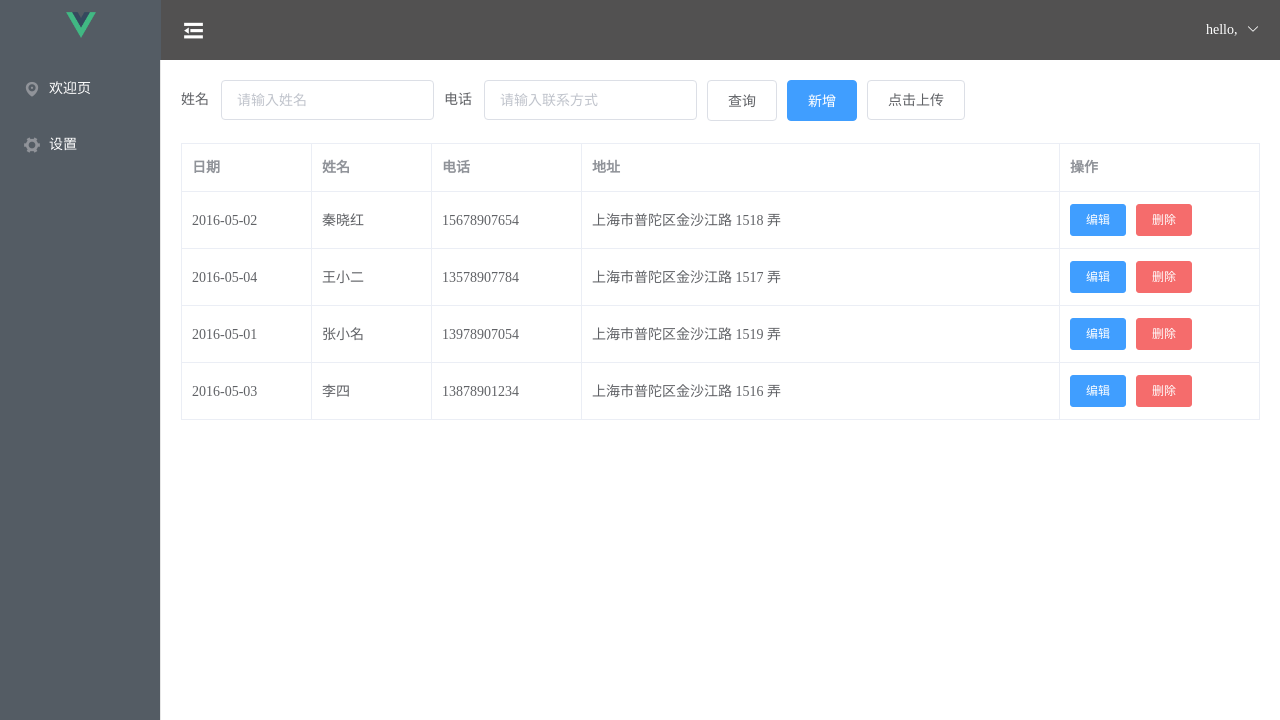
Repository: qianxuebing/admin
Page: /Layout/Table
An editor plug-in stored every save of this project. The page is shown before and after the next save, followed by the edit.
The browser window is 1280 px wide. The pictures show the whole page.
The project was rebuilt for these pictures with package versions that can differ from the ones it lists, and the page was loaded fresh each time. Also part of the build but not shown: src/views/login/Login.vue. Imported but missing from the stored project, and not drawn on this page: src/views/home/Home.

Above is the page before, as saved 2020-01-08 10:28:19.

After the next save:
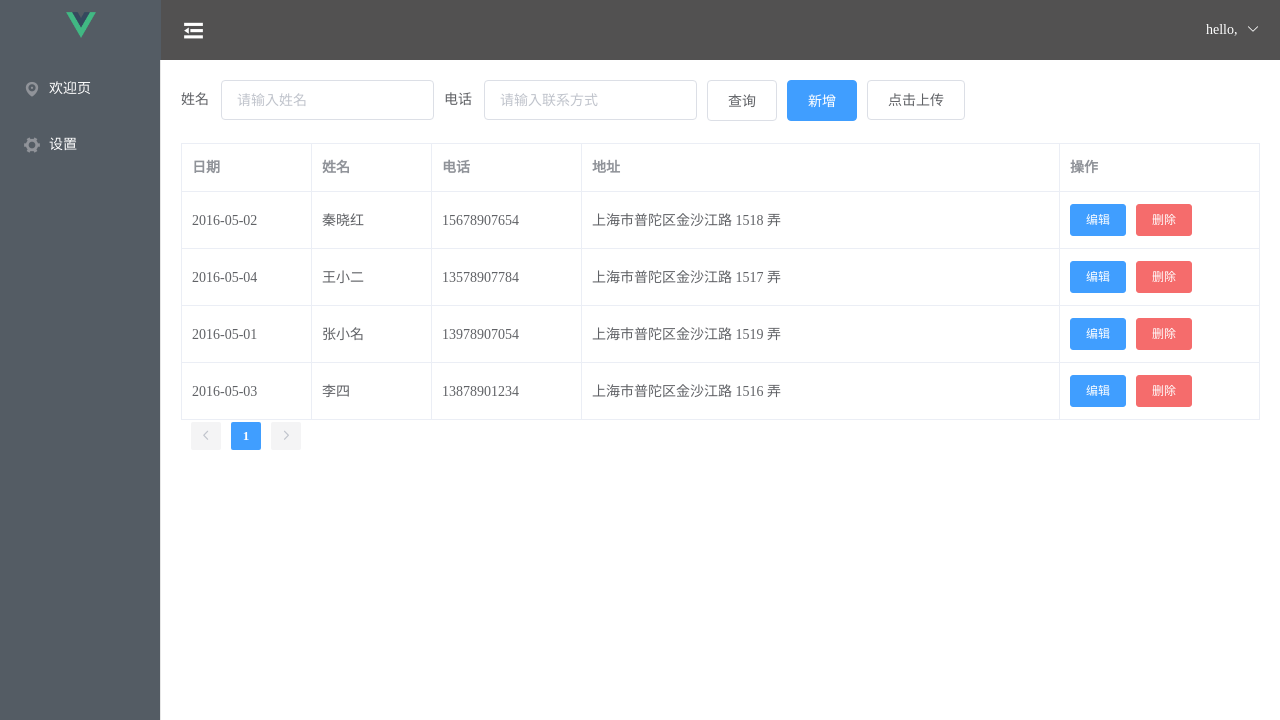
Saved 4 days later.
--- a/src/views/table/Table.vue
+++ b/src/views/table/Table.vue
@@ -56,6 +56,11 @@
         </template>
       </el-table-column>
     </el-table>
+    <el-pagination
+      background
+      layout="prev, pager, next"
+      :total="tableData.length">
+    </el-pagination>
 
     <!-- dialog -->
     <el-dialog :title="title" :visible.sync="dialogFormVisible" width="40%">
